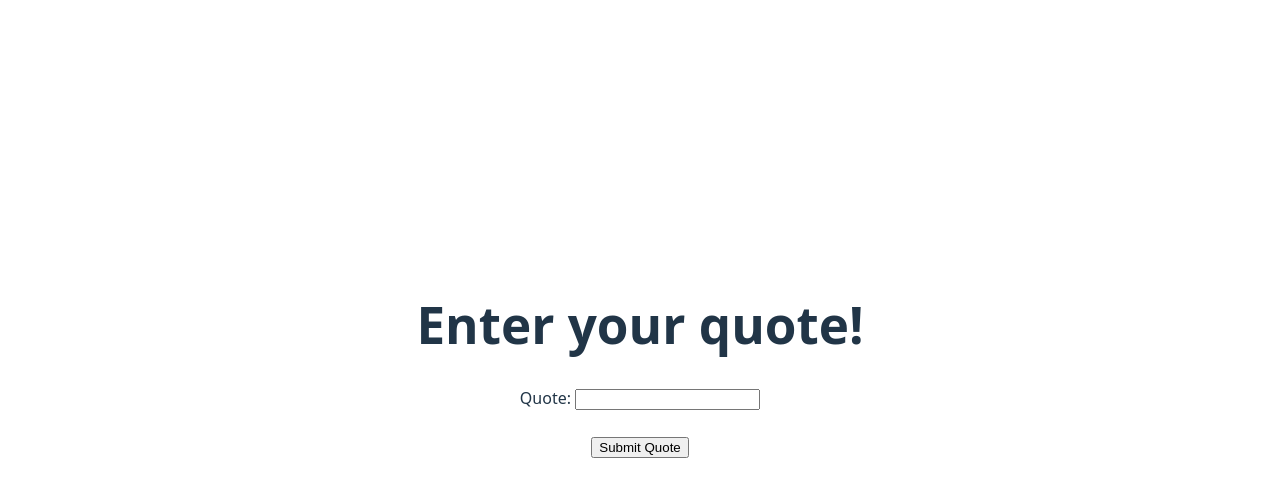
Repository: Vaibhav979/Quote-Generator
Page: /addQuote (app in QuoteGen-View/)
These files come from the project's save history. The page is drawn as it stood at one moment and after the next save; the edit follows.
The browser window is 1280 px wide. The pictures show the whole page.
The project was rebuilt for these pictures with package versions that can differ from the ones it lists, and the page was loaded fresh each time. Also part of the build but not shown: QuoteGen-View/vite.config.js, QuoteGen-View/src/components/Quotes.jsx.

Above is the page before, as saved 2025-08-13 16:38:39.

### QuoteGen-View/src/App.jsx
import { useState } from "react";
import { BrowserRouter, Route, Routes } from "react-router-dom";
import React from "react";
import AddQuotePage from "./components/AddQuotePage";
import Quotes from "./components/Quotes";
import "./App.css";

function App() {
  return (
    <>
      <BrowserRouter>
        <Routes>
          <Route path="/" element={<Quotes />} />
          <Route path="/addQuote" element={<AddQuotePage />} />
        </Routes>
      </BrowserRouter>
    </>
  );
}

export default App;

### QuoteGen-View/src/components/AddQuotePage.jsx
import React from "react";
import { useForm } from "react-hook-form";
import { ToastContainer, toast } from "react-toastify";
import "react-toastify/dist/ReactToastify.css";

const AddQuotePage = () => {
  const {
    register,
    handleSubmit,
    reset,
    watch,
    formState: { errors, isSubmitting },
  } = useForm();

  async function onSubmit(data) {
    await new Promise((resolve) => setTimeout(resolve, 1000));
    try {
      const response = await fetch("http://localhost:8080/quote/add", {
        method: "POST",
        headers: {
          "Content-Type": "application/json",
        },
        body: JSON.stringify(data.quote),
      });
      const message = await response.text();
      if (response.ok) {
        toast.success("Quote added successfully!");
        reset(); // clears the input field after submission
      }
    } catch (error) {
      toast.error("Something went wrong. Please try again.");
    }
  }

  return (
    <div>
      <form onSubmit={handleSubmit(onSubmit)}>
        <h1>Enter your quote!</h1>
        <label> Quote: </label>
        <input
          {...register("quote", {
            required: {value: true},
            minLength: {
              value: 5,
              message: "Quote must be at least 5 characters long",
            },
            maxLength: {
              value: 500,
            },
            pattern: {
              value: /^[A-Za-z]+$/i,
              message:
                "Quote can only contain letters, numbers, and basic punctuation.",
            },
          })}
        />
        {errors.quote && (
          <p style={{ color: "red", background: "white" }}>
            {errors.quote.message}
          </p>
        )}
        <br />
        <br />
        <input
          type="submit"
          disabled={isSubmitting}
          value={isSubmitting ? "Submitting..." : "Submit Quote"}
        />
      </form>
      <ToastContainer position="top-center" autoClose={3000} />
    </div>
  );
};

export default AddQuotePage;

Loaded but not shown: QuoteGen-View/index.html (common file); QuoteGen-View/src/main.jsx (common file); QuoteGen-View/src/index.css (common file); QuoteGen-View/src/App.css (common file)

After the next save:
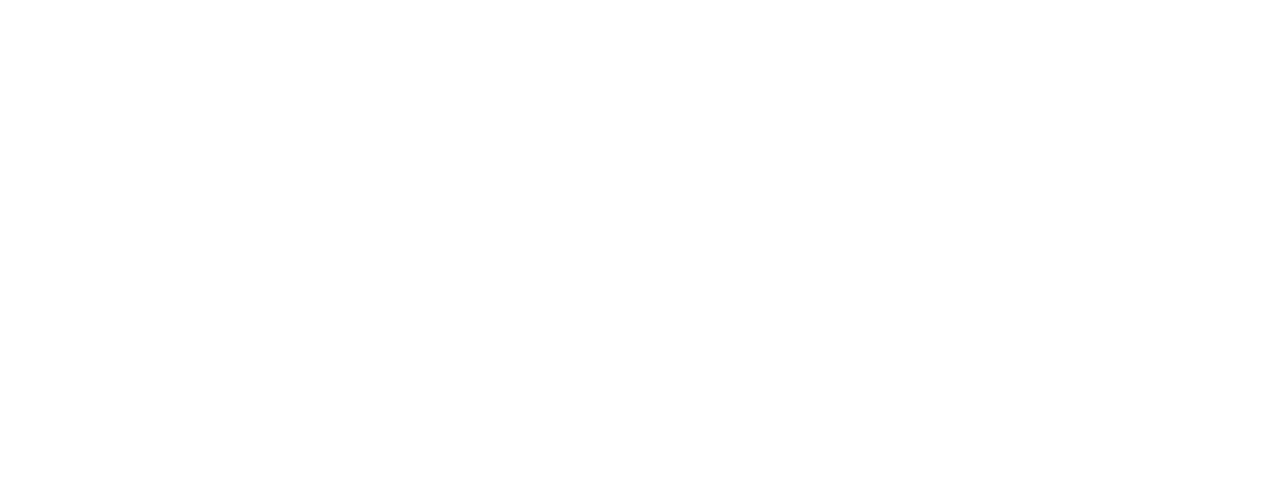
Console error: ReferenceError: messsa is not defined
Saved 6 s later.
--- a/QuoteGen-View/src/components/AddQuotePage.jsx
+++ b/QuoteGen-View/src/components/AddQuotePage.jsx
@@ -39,7 +39,9 @@
         <label> Quote: </label>
         <input
           {...register("quote", {
-            required: {value: true},
+            required: {value: true,
+              messsa
+            },
             minLength: {
               value: 5,
               message: "Quote must be at least 5 characters long",

After the save that followed:
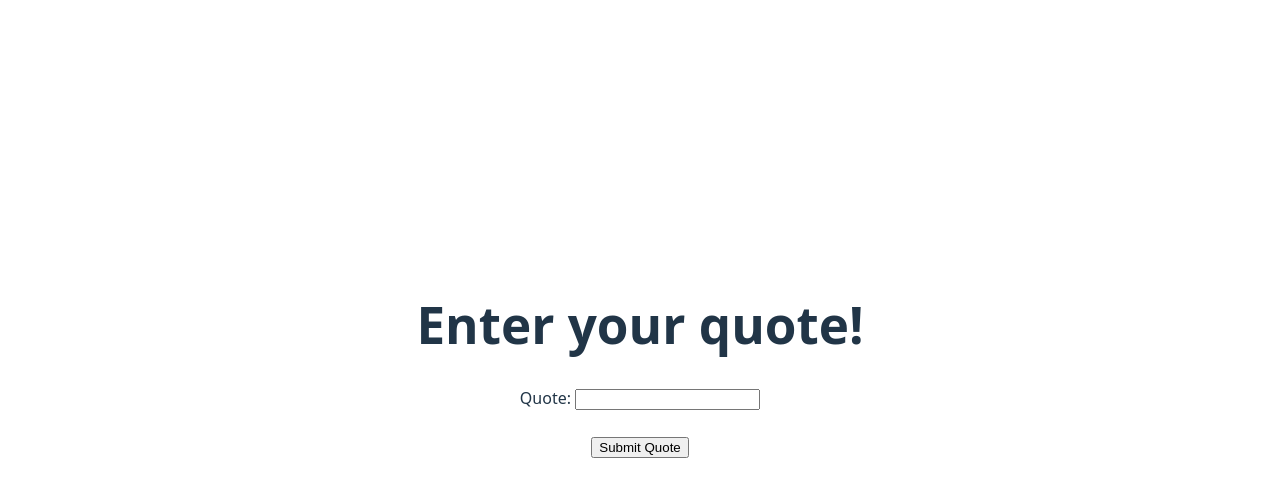
The error is gone.
Saved 4 s later.
--- a/QuoteGen-View/src/components/AddQuotePage.jsx
+++ b/QuoteGen-View/src/components/AddQuotePage.jsx
@@ -40,7 +40,7 @@
         <input
           {...register("quote", {
             required: {value: true,
-              messsa
+              messsage: ""
             },
             minLength: {
               value: 5,
